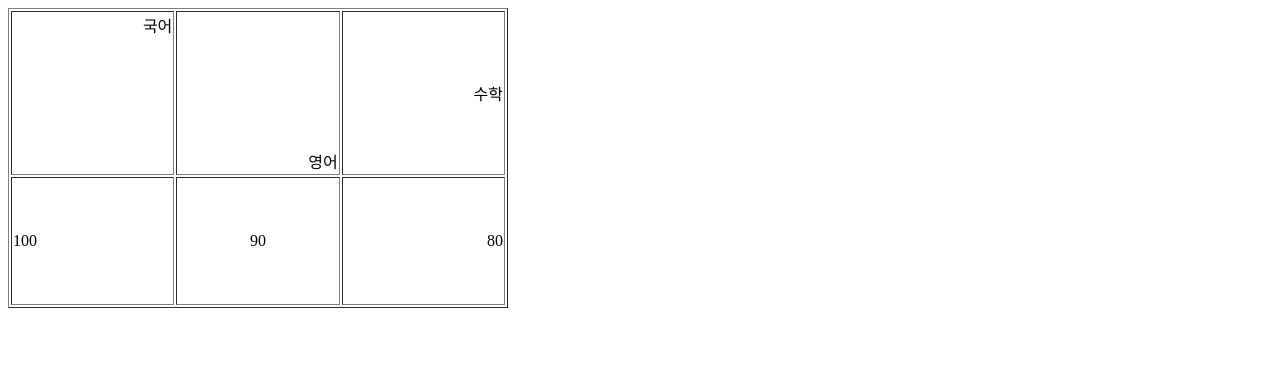
Repository: bjKim2/JSP
Page: HTML/src/main/webapp/Lec03.html
An editor plug-in stored every save of this project. The page is shown before and after the next save, followed by the edit.
The browser window is 1280 px wide. The pictures show the whole page.

Above is the page before, as saved 2022-03-15 02:13:25.

### HTML/src/main/webapp/Lec03.html
<!DOCTYPE html>
<html>
	<head>
		<meta charset="UTF-8">
		<title>Insert title here</title>
	</head>
	<body>
		<table border = '1' width = "500" height = "300">

			<tr align = right>
				<td valign = top>국어</td>
				<td valign = bottom>영어</td>
				<td valign = middle>수학</td>
			</tr>
			<tr>
				<td>100</td>
				<td align = center>90</td>
				<td align = right>80</td>
			</tr>


		</table>
	</body>
</html>

After the next save:
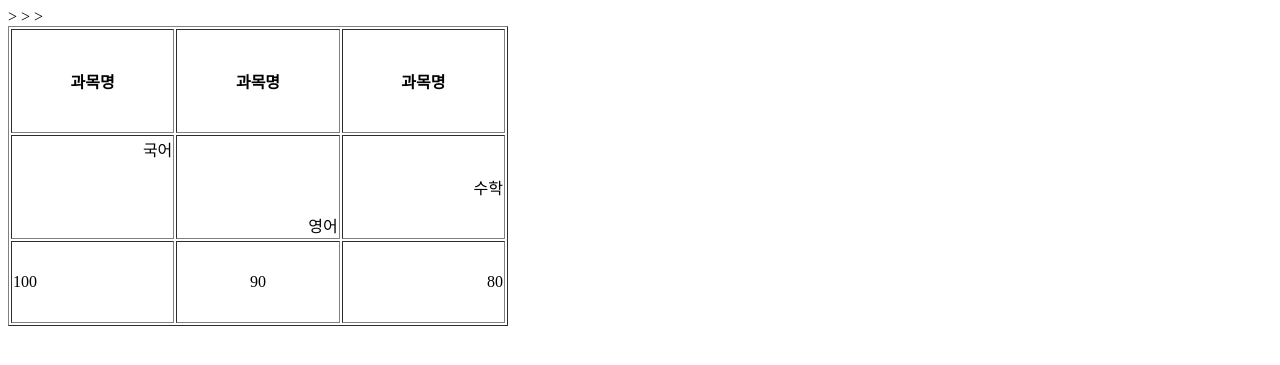
Saved 81 s later.
--- a/HTML/src/main/webapp/Lec03.html
+++ b/HTML/src/main/webapp/Lec03.html
@@ -6,6 +6,11 @@
 	</head>
 	<body>
 		<table border = '1' width = "500" height = "300">
+			<tr>
+				<th>과목명 </th>>
+				<th>과목명 </th>>
+				<th>과목명 </th>>
+			</tr>
 
 			<tr align = right>
 				<td valign = top>국어</td>
